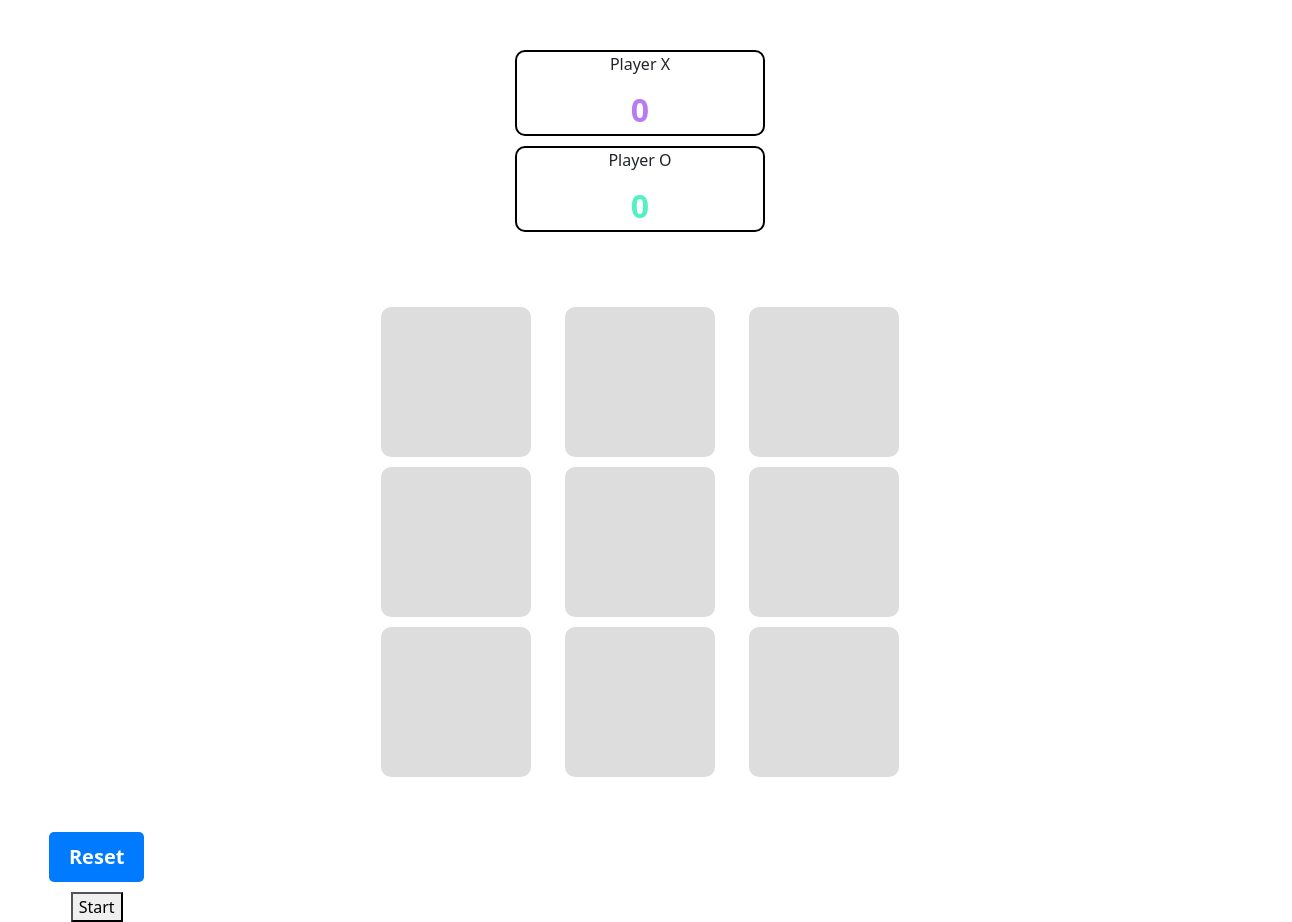
Repository: woodsdeshe/Tic-Tac-Toe
Page: index.html
An editor plug-in stored every save of this project. The page is shown before and after the next save, followed by the edit.
The browser window is 1280 px wide. The page is 1292 px wide, so the pictures cover 1292 px, including what lies to the right of the window. The pictures show the whole page.

Above is the page before, as saved 2023-03-31 21:14:12.

After the next save:
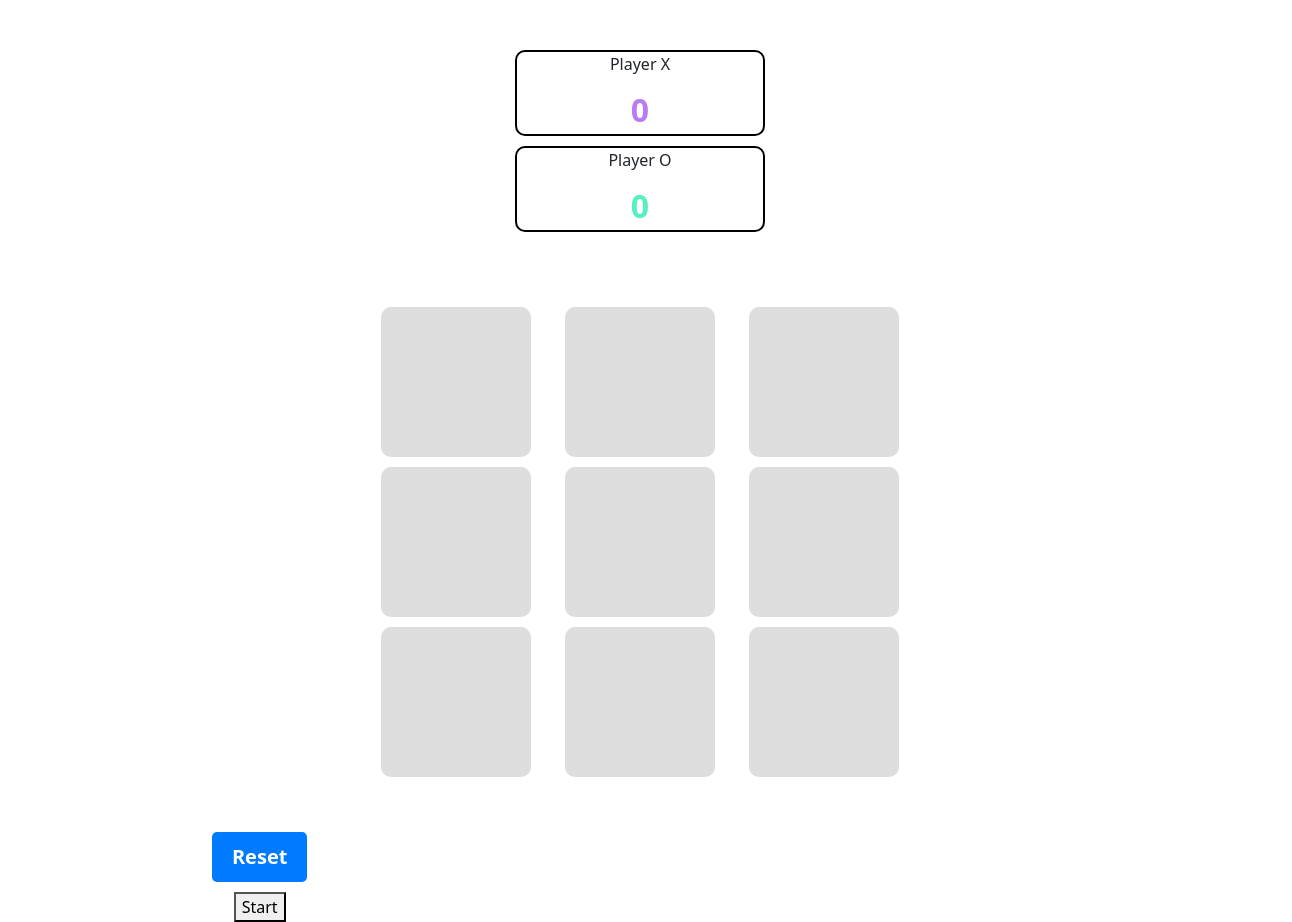
Saved 5 s later.
--- a/index.html
+++ b/index.html
@@ -63,7 +63,7 @@
       </div>
       </div>
       <div class="row">
-        <div class="col-2">
+        <div class="col-5">
           <div class="reset">
             <button class="reset-btn">Reset</button>
           </div>
